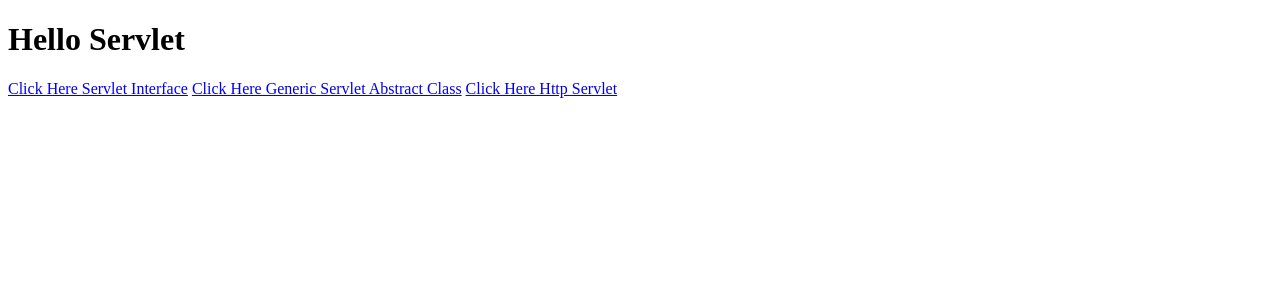
Repository: ynnuSunny/Java-Web-Basics
Page: 01-Servlet-App/WebContent/index.html
An editor plug-in stored every save of this project. The page is shown before and after the next save, followed by the edit.
The browser window is 1280 px wide. The pictures show the whole page.

Above is the page before, as saved 2023-03-25 07:06:48.

After the next save:
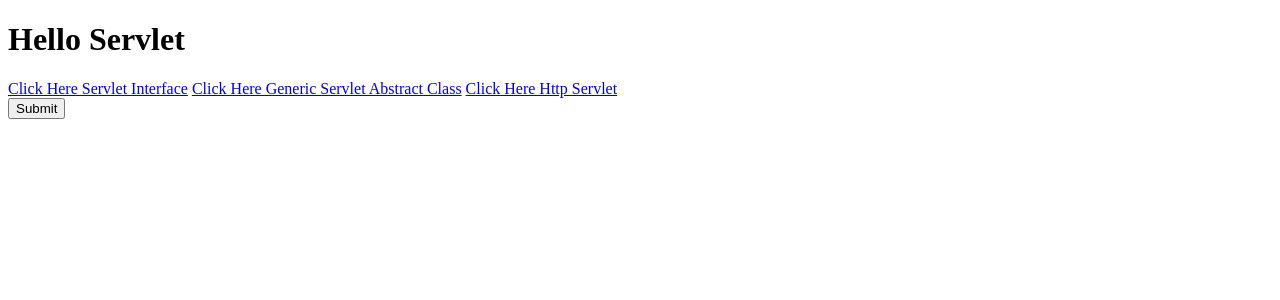
Saved 24 min 34 s later.
--- a/01-Servlet-App/WebContent/index.html
+++ b/01-Servlet-App/WebContent/index.html
@@ -10,5 +10,13 @@
 <a href="app">Click Here Servlet Interface</a>
 <a href="generic-app"> Click Here Generic Servlet Abstract Class</a>
 <a href="http-app" >Click Here Http Servlet</a>
+
+<form action="http-app" method="Post">
+
+   <button type="Submit"> Submit</button>
+
+</form>
+
+
 </body>
 </html>
